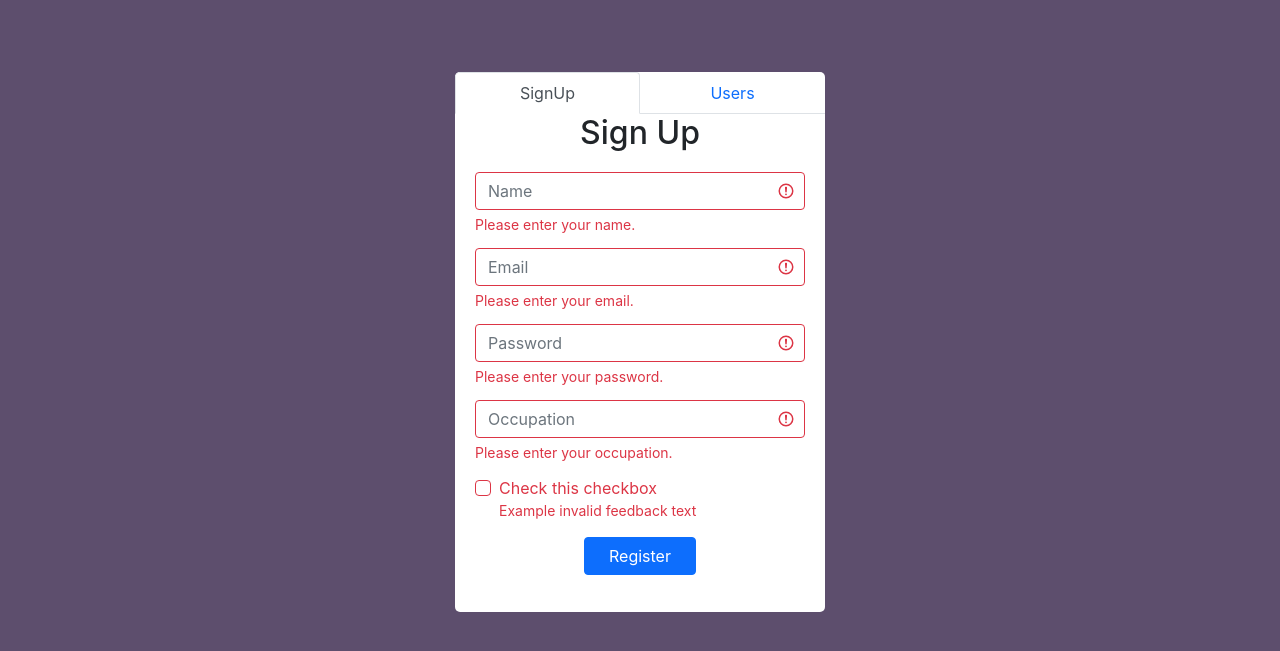
Repository: asadalibest1/SignUp-from
Page: /
An editor plug-in stored every save of this project. The page is shown before and after the next save, followed by the edit.
The browser window is 1280 px wide. The pictures show the whole page.
The project was rebuilt for these pictures with package versions that can differ from the ones it lists, and the page was loaded fresh each time.

Above is the page before, as saved 2021-02-08 11:59:01.

After the next save:
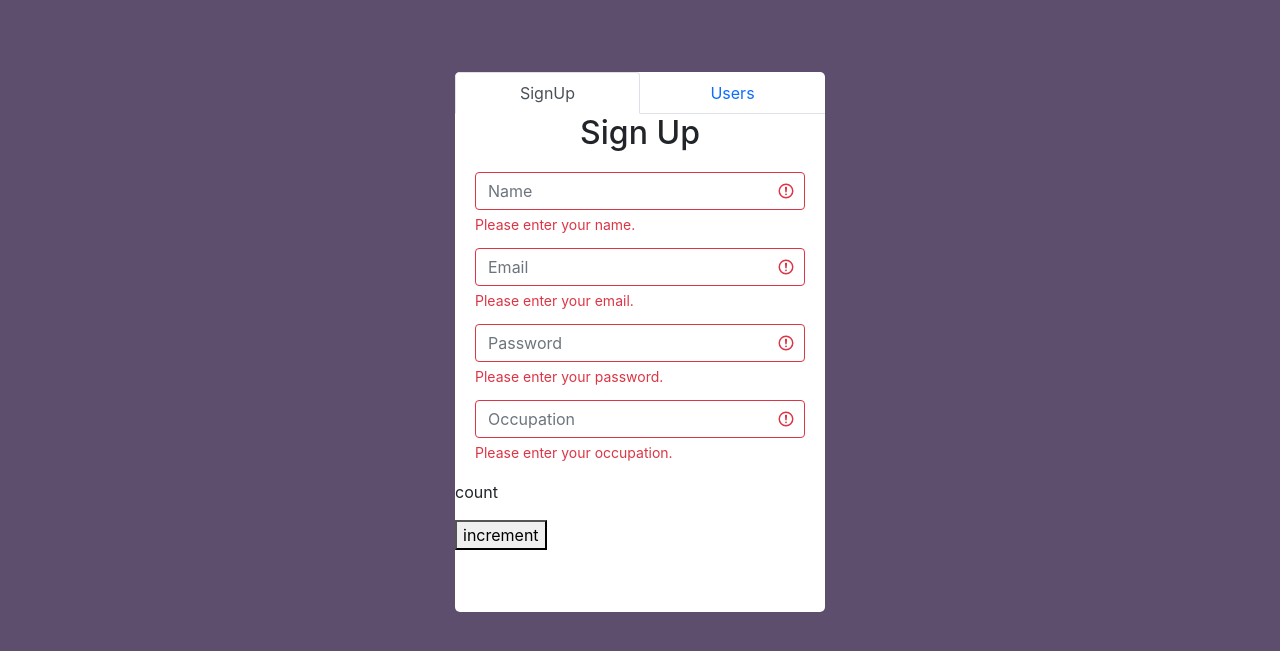
Saved 43 s later.
--- a/src/components/SignUp/SignUp.js
+++ b/src/components/SignUp/SignUp.js
@@ -51,7 +51,7 @@ export default function SignUp() {
     </div>
   </div>
 
-
+{/*
   <div className="radioButton form-check mb-3">
     <input type="checkbox" className="form-check-input" id="validationFormCheck1" required />
     <label className="form-check-label" for="validationFormCheck1">Check this checkbox</label>
@@ -63,7 +63,7 @@ export default function SignUp() {
     <button className="btn btn-primary px-4" type="submit"
         onClick={() => dispatch(increment())}
     >Register</button>
-  </div>
+  </div> */}
 </form>
 <p>count</p>
 <button onClick={() => dispatch(increment())} >increment</button>
